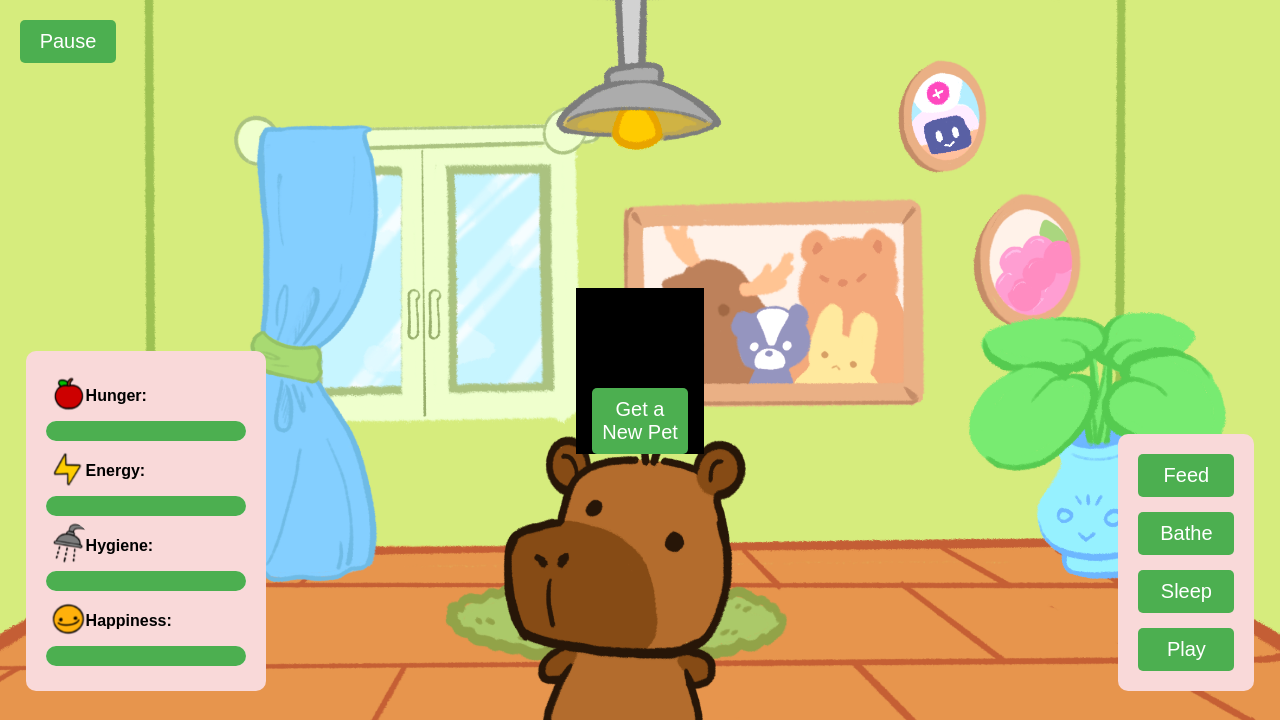
Repository: sarahjx/CapyCare
Page: html/index.html
These files come from the project's save history. The page is drawn as it stood at one moment and after the next save; the edit follows.
The browser window is 1280 px wide. The pictures show the whole page.
Some web fonts or font styles are not loaded; a fallback is used.

Above is the page before, as saved 2025-05-01 14:48:17.
Console error: TypeError: Cannot set properties of null (setting 'innerText')

### html/index.html
<!-- @format -->

<!DOCTYPE html>
<html lang="en">
  <head>
    <meta charset="UTF-8" />
    <meta name="viewport" content="width=device-width, initial-scale=1.0" />
    <title>Virtual Pet Game</title>
    <link rel="preconnect" href="https://fonts.googleapis.com">
    <link rel="preconnect" href="https://fonts.gstatic.com" crossorigin>
    <link href="https://fonts.googleapis.com/css2?family=McLaren&display=swap" rel="stylesheet">
    <link rel="stylesheet" href="../css/statusbar.css" />
  </head>
  <body>

    <div class="pet-container">
      <img class="pet-image" src="../images/capybara.png" alt="capybara" />
    </div>

    <div class="status-bar-container">

      <div class="status-bar">
        <div class="status-icon-container">
        <span class="hunger-icon"><img src="../images/hunger.svg" alt="hunger icon"></span>
        <span class="status-label">Hunger:</span>
        </div>
        <div class="status-progress">
          <div id="hunger-fill" class="status-fill"></div>
        </div>
        <div id="hunger-warning" class="warning"></div>
      </div>

      <div class="status-bar">
        <div class="status-icon-container">
        <span class="energy-icon"><img src="../images/energy.svg" alt="energy icon"></span>
        <span class="status-label">Energy:</span>
        </div>
        <div class="status-progress">
          <div id="energy-fill" class="status-fill"></div>
        </div>
        <div id="energy-warning" class="warning"></div>
      </div>

      <div class="status-bar">
        <div class="status-icon-container">
        <span class="hygiene-icon"><img src="../images/hygiene.svg" alt="hygiene icon"></span>
        <span class="status-label">Hygiene:</span>
        </div>
        <div class="status-progress">
          <div id="hygiene-fill" class="status-fill"></div>
        </div>
        <div id="hygiene-warning" class="warning"></div>
      </div>

      <div class="status-bar">
        <div class="status-icon-container">
        <span class="happiness-icon"><img src="../images/happiness.svg" alt="hygiene icon"></span>
        <span class="status-label">Happiness:</span>
        </div>
        <div class="status-progress">
          <div id="happiness-fill" class="status-fill"></div>
        </div>
        <div id="happiness-warning" class="warning"></div>
      </div>
    </div>

      <div class="action-buttons">
        <button onclick="feedPet(currentPet)">Feed</button>
        <button onclick="bathePet(currentPet)">Bathe</button>
        <button onclick="bedtime(currentPet)">Sleep</button>
        <button onclick="touchPet(currentPet)">Play</button>
      </div>
      <button id="pauseButton" onclick="togglePause()" class="pause-button">
        Pause
      </button>
    </div>

    <div id="gameOverScreen" class="game-over-screen">
      <div class="game-over-content">
        <h2>Game Over</h2>
        <p id="gameOverMessage"></p>
        <button onclick="resetGame()">Get a New Pet</button>
      </div>
    </div>

    <script src="../backend/status.js"></script>
  </body>
</html>

### css/statusbar.css
/** @format */

:root {
  --primary-color: #f9d9d9;
  --secondary-color: #d9e7f9;
  --tertiary-color: #fff1fb;
  --accent-color: #f7efd7;
  --text-color: #333;
  --spacing-xs: 0.5rem;
  --spacing-sm: 0.75rem;
  --spacing-md: 1rem;
  --spacing-lg: 1.5rem;
  --spacing-xl: 2rem;
  --spacing-xxl: 3rem;
  --font-family: "McLaren", sans-serif;
  --font-size-xs: 0.75rem;
  --font-size-sm: 0.875rem;
  --font-size-md: 1rem;
  --font-size-lg: 1.125rem;
  --font-size-xl: 1.25rem;
  --font-size-xxl: 1.5rem;
}

body {
  font-family: var(--font-family);
  margin: 0 auto;
  padding: 20px;
  background-image: url("../images/room.png");
  background-size: cover;
  background-repeat: no-repeat;
  background-attachment: fixed;
  background-position: center;
}

.pet-container {
  display: flex;
  flex-direction: column;
  align-items: center;
  justify-content: center;
}

.pet-image {
  transform: scale(0.3);
  position: fixed;
  margin-top: 1200px;
}

.status-bar-container {
  position: fixed;
  background-color: var(--primary-color);
  padding: 20px;
  border-radius: 10px;
  display: inline-flex;
  flex-direction: column;
  bottom: 4%;
  left: 2%;
}

.status-icon-container {
  display: flex;
  align-items: center;
  margin-bottom: 0;
}

.hunger-icon,
.energy-icon,
.happiness-icon,
.hygiene-icon {
  width: 10px;
  height: auto;
  margin-right: 30px;
}

.status-bar {
  margin: 0;
}

.status-label {
  display: inline-block;
  width: 100px;
  font-weight: bold;
  margin: 0;
}

.status-progress {
  width: 200px;
  height: 20px;
  background-color: #ffffff;
  border-radius: 10px;
  overflow: hidden;
  position: relative;
}

.status-fill {
  height: 100%;
  width: 100%;
  position: absolute;
  left: 0;
  top: 0;
  background-color: #4caf50;
  transition: width 0.3s ease;
}

.status-row {
  display: flex;
  align-items: center;
  gap: 10px;
  margin-bottom: 10px;
}

.status-icon {
  width: 24px;
  height: 24px;
}

.status-value {
  min-width: 50px;
  text-align: right;
  font-weight: bold;
  color: #333;
}

.action-buttons {
  margin-top: 20px;
  display: inline-flex;
  flex-direction: column;
  padding: 20px;
  border-radius: 10px;
  gap: 15px;
  background-color: var(--primary-color);
  position: fixed;
  right: 2%;
  bottom: 4%;
}

button {
  padding: 10px;
  border: none;
  border-radius: 5px;
  background-color: #4caf50;
  color: white;
  cursor: pointer;
  transition: background-color 0.3s;
  width: 6rem;
  font-family: var(--font-family);
  font-weight: 7pt;
  font-size: var(--font-size-xl);
}

button:hover {
  background-color: #45a049;
}

.warning {
  color: #ff9800;
  font-weight: bold;
  margin-top: 5px;
}

.critical {
  color: #f44336;
  font-weight: bold;
  margin-top: 5px;
}

.hidden {
  display: none;
}

.game-over-content {
  /* display: none; */
  position: fixed;
  display: flex;
  flex-direction: column;
  justify-content: center;
  align-items: center;
  left: 45%;
  top: 40%;
  padding: 0;
  margin: 0;
  background-color: black;
  opacity: ;


}

### backend/status.js
/** @format */

function Personality(favFood, active, clean, clingy, foodLover, introText) {
  this.favFood = favFood;
  this.active = active;
  this.clean = clean;
  this.clingy = clingy;
  this.foodLover = foodLover;
  this.intro = introText;
}

const mix1 = new Personality(
  "Sunfruit",
  true,
  true,
  true,
  true,
  "This pet is energetic and playful, always ready to explore or play. They love the taste of Sunfruit and will happily eat it when offered, but they'll need constant attention, so expect lots of petting and cuddling. Despite their active nature, they stay clean and are easy to bathe. This pet loves affection and will return it in kind!"
);
const mix2 = new Personality(
  "Snakberry",
  true,
  true,
  false,
  true,
  "This pet is full of energy and loves to make the most of their days. They are particularly fond of Snakberries, which they will devour happily, but they tend to get hungry more often due to their high energy levels. Despite their active nature, they keep themselves clean and are easy to bathe. They're not overly clingy, so while they'll happily spend time with you, they won't be demanding affection constantly."
);
const mix3 = new Personality(
  "Dreamleaf",
  false,
  false,
  true,
  false,
  "This pet is laid-back and enjoys spending time with you, always seeking your company. They love Dreamleaf as a treat, but they're not particularly food-driven and don't get hungry as often. While they may get a little dirty from time to time, they tend to move around when you try to bathe them. Expect them to seek out your attention frequently, and be ready to shower them with love when they come to you for pets."
);

const personalities = [mix1, mix2, mix3];

// Global variables
let currentPet = null;
let hunger = 100;
let energy = 100;
let hygiene = 100;
let happiness = 100;
let isGameOver = false;
let isPaused = false;

// Store interval IDs globally
let hungerInterval = null;
let energyInterval = null;
let hygieneInterval = null;
let happinessInterval = null;

// Initialize the game
function initializeGame() {
  currentPet = getRandomPersonality();
  hunger = 100;
  energy = 100;
  hygiene = 100;
  happiness = 100;
  updateStatusBars();
  updateIntervals();
}

function getRandomPersonality() {
  const randomIndex = Math.floor(Math.random() * personalities.length);
  currentPet = personalities[randomIndex];
  console.log("New pet initialized:", currentPet.intro);
  return currentPet;
}

// Personality-based status decrease functions
function decreaseHunger() {
  if (!currentPet || isGameOver) return;
  const decreaseAmount = currentPet.foodLover ? 15 : 10;
  hunger = Math.max(0, hunger - decreaseAmount);
  updateStatusBars();
  if (hunger === 0 && checkGameOver()) return;
}

function decreaseEnergy() {
  if (!currentPet || isGameOver) return;
  const decreaseAmount = currentPet.active ? 15 : 10;
  energy = Math.max(0, energy - decreaseAmount);
  updateStatusBars();
  if (energy === 0 && checkGameOver()) return;
}

function decreaseHygiene() {
  if (!currentPet || isGameOver) return;
  const decreaseAmount = currentPet.clean ? 8 : 12;
  hygiene = Math.max(0, hygiene - decreaseAmount);
  updateStatusBars();
  if (hygiene === 0 && checkGameOver()) return;
}

function decreaseHappiness() {
  if (!currentPet || isGameOver) return;
  const decreaseAmount = currentPet.clingy ? 15 : 10;
  happiness = Math.max(0, happiness - decreaseAmount);
  updateStatusBars();
  if (happiness === 0 && checkGameOver()) return;
}

// Update intervals with personality-based timing
function updateIntervals() {
  // Clear any existing intervals
  if (hungerInterval) clearInterval(hungerInterval);
  if (energyInterval) clearInterval(energyInterval);
  if (hygieneInterval) clearInterval(hygieneInterval);
  if (happinessInterval) clearInterval(happinessInterval);

  // Set new intervals based on personality
  hungerInterval = setInterval(
    () => {
      decreaseHunger();
      warning();
    },
    currentPet.foodLover ? 6000 : 8000
  );

  energyInterval = setInterval(
    () => {
      decreaseEnergy();
      warning();
    },
    currentPet.active ? 8000 : 12000
  );

  hygieneInterval = setInterval(
    () => {
      decreaseHygiene();
      warning();
    },
    currentPet.clean ? 18000 : 15000
  );

  happinessInterval = setInterval(
    () => {
      decreaseHappiness();
      warning();
    },
    currentPet.clingy ? 8000 : 10000
  );

  console.log("Intervals updated for pet:", currentPet.intro);
}

// Pause game function
function pauseGame() {
  if (hungerInterval) clearInterval(hungerInterval);
  if (energyInterval) clearInterval(energyInterval);
  if (hygieneInterval) clearInterval(hygieneInterval);
  if (happinessInterval) clearInterval(happinessInterval);
  console.log("Game paused");
}

// Resume game function
function resumeGame() {
  updateIntervals();
  console.log("Game resumed");
}

function touchPet(personality) {
  if (personality.clingy) {
    gainStatus("happiness");
    console.log("Your pet loves the attention!");
  } else {
    loseStatus("happiness");
    console.log("Your pet prefers their space.");
  }
}

function feedPet(personality) {
  gainStatus("hunger"); // Always increase hunger
  if (personality.foodLover) {
    gainStatus("happiness");
    console.log("Your pet loves the food!");
  } else {
    loseStatus("happiness");
    console.log("Your pet isn't very interested in food.");
  }
}

function bathePet(personality) {
  gainStatus("hygiene"); // Always increase hygiene
  if (personality.clean) {
    gainStatus("happiness");
    console.log("Your pet enjoys being clean!");
  } else {
    loseStatus("happiness");
    console.log("Your pet doesn't like baths.");
  }
}

function bedtime(personality) {
  const petImage = document.querySelector(".pet-image");
  if (petImage) {
    // Store the current image to return to
    const currentImage = petImage.src;

    // Show sleeping animation
    petImage.src = "../images/Sleep.PNG";

    // After 3 seconds, restore the previous state
    setTimeout(() => {
      updatePetImage();
    }, 3000);
  }

  gainStatus("energy"); // Always increase energy
  if (personality.active) {
    loseStatus("happiness");
    console.log("Your pet is too energetic to sleep!");
  } else {
    gainStatus("happiness");
    console.log("Your pet enjoys resting.");
  }
}

function gainStatus(category) {
  switch (category) {
    case "hunger":
      if (hunger >= 100) {
        console.log("Hunger is full!");
      } else if (hunger < 100) {
        hunger += 10;
        console.log("Hunger: " + hunger);
      }
      break;
    case "energy":
      if (energy >= 100) {
        console.log("Energy is full!");
      } else if (energy < 100) {
        energy += 10;
        console.log("Energy: " + energy);
      }
      break;
    case "hygiene":
      if (hygiene >= 100) {
        console.log("Hygiene is full!");
      } else if (hygiene < 100) {
        hygiene += 10;
        console.log("Hygiene: " + hygiene);
      }
      break;
    case "happiness":
      if (happiness >= 100) {
        console.log("Happiness is full!");
      } else if (happiness < 100) {
        happiness += 10;
        console.log("Happiness: " + happiness);
      }
      break;
    default:
      console.log("Invalid category");
  }
}

function loseStatus(category) {
  switch (category) {
    case "hunger":
      if (hunger <= 0) {
        console.log("Hunger is empty!");
        hunger = 0;
      } else if (hunger > 0) {
        hunger -= 10;
        console.log("Hunger: " + hunger);
      }
      break;
    case "energy":
      if (energy <= 0) {
        console.log("Energy is empty!");
        energy = 0;
      } else if (energy > 0) {
        energy -= 10;
        console.log("Energy: " + energy);
      }
      break;
    case "hygiene":
      if (hygiene <= 0) {
        console.log("Hygiene is empty!");
        hygiene = 0;
      } else if (hygiene > 0) {
        hygiene -= 10;
        console.log("Hygiene: " + hygiene);
      }
      break;
    case "happiness":
      if (happiness <= 0) {
        console.log("Happiness is empty!");
        happiness = 0;
      } else if (happiness > 0) {
        happiness -= 3;
        console.log("Happiness: " + happiness);
      }
      break;
    default:
      console.log("Invalid category");
  }
}

function warning() {
  // Hunger warnings
  if (hunger <= 50 && hunger > 20) {
    document.getElementById("hunger-warning").textContent =
      "Your pet is getting hungry!";
    document.getElementById("hunger-warning").className = "warning";
  } else if (hunger <= 20 && hunger > 0) {
    document.getElementById("hunger-warning").textContent =
      "Your pet is starving!";
    document.getElementById("hunger-warning").className = "critical";
  } else {
    document.getElementById("hunger-warning").textContent = "";
  }

  // Energy warnings
  if (energy <= 50 && energy > 20) {
    document.getElementById("energy-warning").textContent =
      "Your pet is getting tired!";
    document.getElementById("energy-warning").className = "warning";
  } else if (energy <= 20 && energy > 0) {
    document.getElementById("energy-warning").textContent =
      "Your pet is exhausted!";
    document.getElementById("energy-warning").className = "critical";
  } else {
    document.getElementById("energy-warning").textContent = "";
  }

  // Hygiene warnings
  if (hygiene <= 50 && hygiene > 20) {
    document.getElementById("hygiene-warning").textContent =
      "Your pet needs a bath!";
    document.getElementById("hygiene-warning").className = "warning";
  } else if (hygiene <= 20 && hygiene > 0) {
    document.getElementById("hygiene-warning").textContent =
      "Your pet is filthy!";
    document.getElementById("hygiene-warning").className = "critical";
  } else {
    document.getElementById("hygiene-warning").textContent = "";
  }

  // Happiness warnings
  if (happiness <= 50 && happiness > 20) {
    document.getElementById("happiness-warning").textContent =
      "Your pet is getting sad!";
    document.getElementById("happiness-warning").className = "warning";
  } else if (happiness <= 20 && happiness > 0) {
    document.getElementById("happiness-warning").textContent =
      "Your pet is depressed!";
    document.getElementById("happiness-warning").className = "critical";
  } else {
    document.getElementById("happiness-warning").textContent = "";
  }
}

function checkGameOver() {
  if (hunger <= 0 || energy <= 0 || hygiene <= 0 || happiness <= 0) {
    isGameOver = true;
    pauseGame();
    showGameOver();
    return true;
  }
  return false;
}

function showGameOver() {
  let reason = "";
  if (hunger <= 0) reason = "Your pet starved to death!";
  else if (energy <= 0) reason = "Your pet died from exhaustion!";
  else if (hygiene <= 0) reason = "Your pet died from poor hygiene!";
  else if (happiness <= 0) reason = "Your pet died from sadness!";

  console.log("GAME OVER: " + reason);
  document.getElementById("gameOverMessage").textContent = reason;
  document.getElementById("gameOverScreen").style.display = "flex";
}

function resetGame() {
  isGameOver = false;
  hunger = 100;
  energy = 100;
  hygiene = 100;
  happiness = 100;
  document.getElementById("gameOverScreen").style.display = "none";
  currentPet = getRandomPersonality();
  updateStatusBars();
  updateIntervals();
}

function togglePause() {
  isPaused = !isPaused;
  const pauseButton = document.getElementById("pauseButton");
  const buttons = document.querySelectorAll(
    ".buttons button:not(#pauseButton)"
  );

  if (isPaused) {
    pauseButton.textContent = "Resume";
    pauseButton.classList.add("paused");
    buttons.forEach((button) => (button.disabled = true));
    pauseGame();
  } else {
    pauseButton.textContent = "Pause";
    pauseButton.classList.remove("paused");
    buttons.forEach((button) => (button.disabled = false));
    resumeGame();
  }
}

// Update status bars
function updateStatusBars() {
  // Update the width of each status bar
  document.getElementById("hunger-fill").style.width = hunger + "%";
  document.getElementById("energy-fill").style.width = energy + "%";
  document.getElementById("happiness-fill").style.width = happiness + "%";
  document.getElementById("hygiene-fill").style.width = hygiene + "%";

  // Update pet image based on status
  updatePetImage();
}

// Override console.log to update UI
const originalConsoleLog = console.log;
console.log = function () {
  originalConsoleLog.apply(console, arguments);
  updateStatusBars();
};

// Simple toggle function
function toggleActions() {
  document.getElementById("action-buttons-column").classList.toggle("hidden");
  document.getElementById("toggle-button").classList.toggle("hidden");
}

// Initialize the game when the page loads
window.addEventListener("load", function () {
  initializeGame();
  // Update status bars every second
  setInterval(updateStatusBars, 1000);
});

// stopwatch

let [hours, minutes, seconds] = [0, 0, 0];
let timer = null;

function updateDisplay() {
  document.getElementById("display").innerText =
    `${String(hours).padStart(2, "0")}:` +
    `${String(minutes).padStart(2, "0")}:` +
    `${String(seconds).padStart(2, "0")}`;
}

function stopwatch() {
  seconds++;
  if (seconds === 60) {
    seconds = 0;
    minutes++;
    if (minutes === 60) {
      minutes = 0;
      hours++;
    }
  }
  updateDisplay();
}

function start() {
  if (timer !== null) return;
  timer = setInterval(stopwatch, 1000);
}

function stop() {
  clearInterval(timer);
  timer = null;
}

function reset() {
  stop();
  [hours, minutes, seconds] = [0, 0, 0];
  updateDisplay();
}

updateDisplay();

function updatePetImage() {
  const petImage = document.querySelector(".pet-image");
  if (!petImage) return;

  // Check if any status is 0 (dead)
  if (hunger <= 0 || energy <= 0 || hygiene <= 0 || happiness <= 0) {
    petImage.src = "../images/Fuckingdead.PNG";
    return;
  }

  // Check for multiple states
  if (hunger <= 60 && hygiene <= 60 && energy <= 60) {
    petImage.src = "../images/Dirty:Hungry:Tired.PNG";
  } else if (hunger <= 60 && hygiene <= 60) {
    petImage.src = "../images/Dirty:hungry.PNG";
  } else if (hunger <= 60 && energy <= 60) {
    petImage.src = "../images/Hungry:Tired.PNG";
  } else if (hygiene <= 60 && energy <= 60) {
    petImage.src = "../images/Dirty:Tired.PNG";
  } else if (energy <= 60) {
    petImage.src = "../images/Sleepy.PNG";
  } else if (hunger <= 60) {
    petImage.src = "../images/Hungry.PNG";
  } else if (hygiene <= 60) {
    petImage.src = "../images/Dirty.PNG";
  } else {
    petImage.src = "../images/Idle.PNG";
  }
}

After the next save:
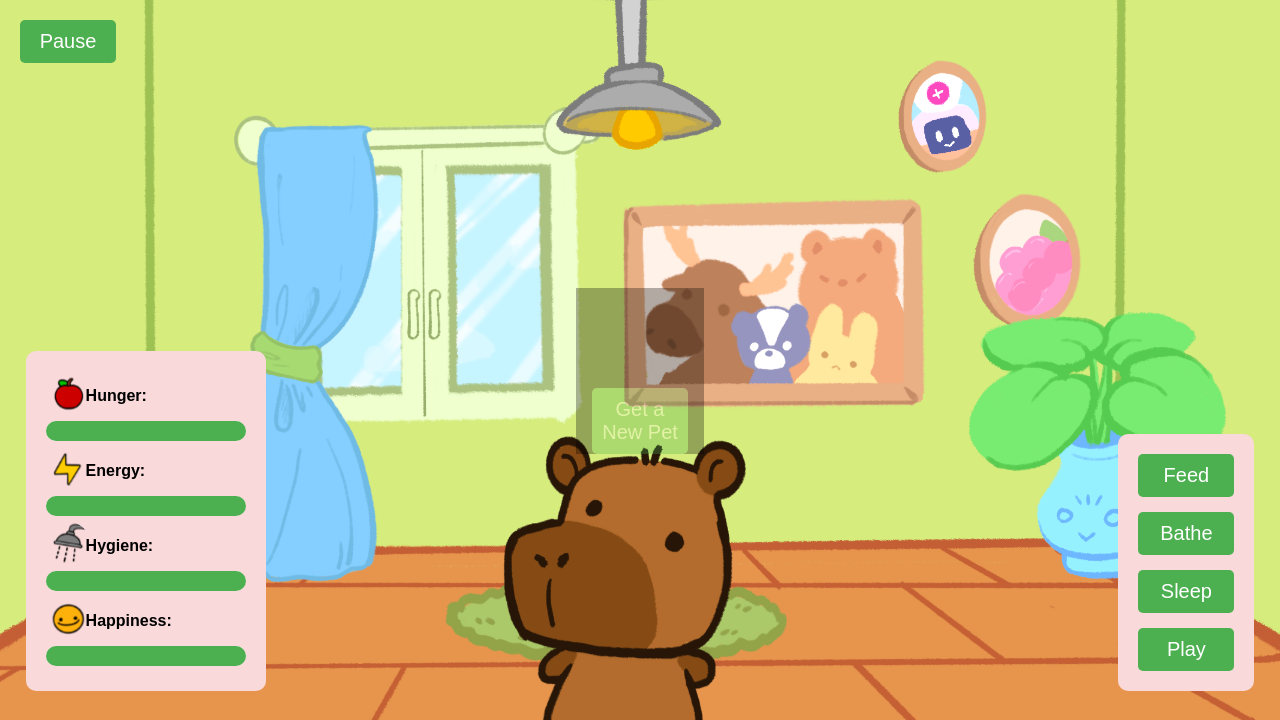
Saved 4 s later.
--- a/css/statusbar.css
+++ b/css/statusbar.css
@@ -179,7 +179,7 @@ button:hover {
   padding: 0;
   margin: 0;
   background-color: black;
-  opacity: ;
+  opacity: 30%;
 
 
 }
